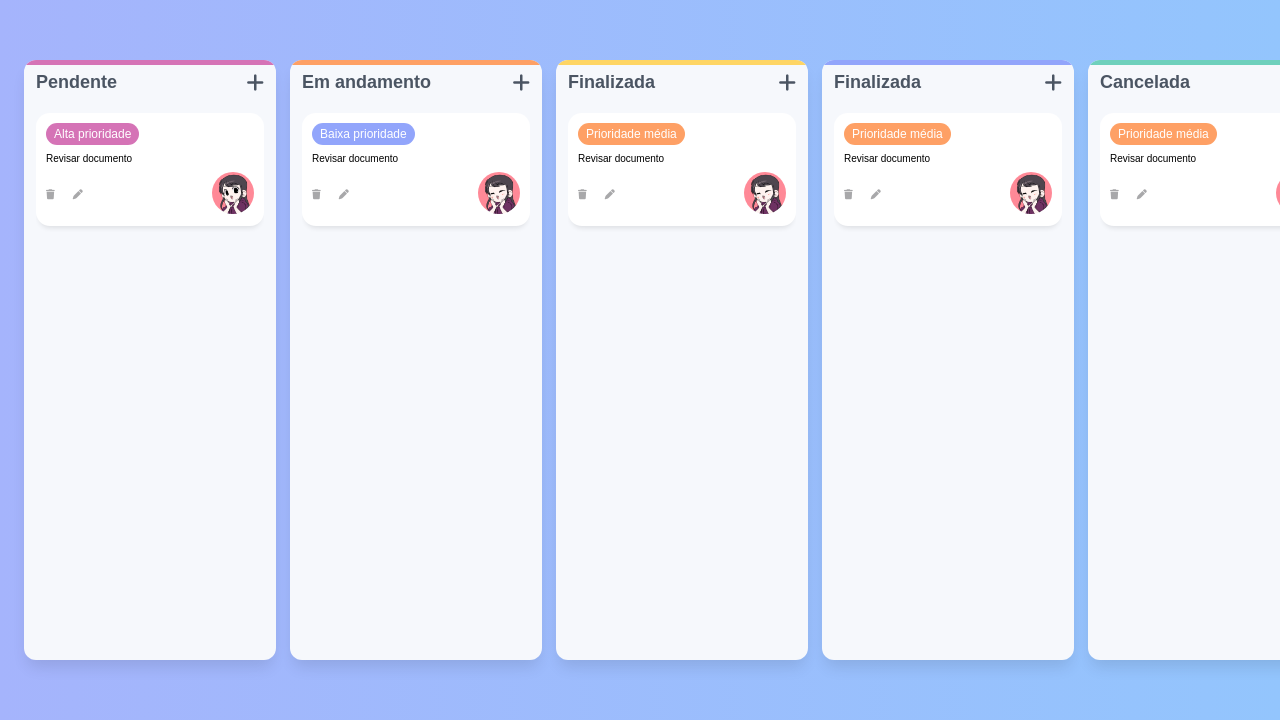
Repository: Marinalr-25/ProjetoToDoList
Page: index.html
The author's editor kept a copy of each file at every save. The page is drawn from the files as they stood at one save, then again after the next save.
The browser window is 1280 px wide. The pictures show the whole page.
Some web fonts or font styles are not loaded; a fallback is used. Some web libraries are served in a nearby version.

Above is the page before, as saved 2024-10-31 15:19:15.

### index.html
<!DOCTYPE html>
<html lang="pt-BR">
  <head>
    <meta charset="UTF-8" />
    <meta name="viewport" content="width=device-width, initial-scale=1.0" />
    <link rel="preconnect" href="https://fonts.googleapis.com" />
    <link rel="preconnect" href="https://fonts.gstatic.com" crossorigin />
    <link
      href="https://fonts.googleapis.com/css2?family=Playpen+Sans:wght@100..800&family=Roboto:ital,wght@0,100;0,300;0,400;0,500;0,700;0,900;1,100;1,300;1,400;1,500;1,700;1,900&display=swap"
      rel="stylesheet"
    />
    <link
      rel="stylesheet"
      href="https://cdnjs.cloudflare.com/ajax/libs/font-awesome/6.6.0/css/all.min.css"
      integrity="sha512-Kc323vGBEqzTmouAECnVceyQqyqdsSiqLQISBL29aUW4U/M7pSPA/gEUZQqv1cwx4OnYxTxve5UMg5GT6L4JJg=="
      crossorigin="anonymous"
      referrerpolicy="no-referrer"
    />
    <link rel="stylesheet" href="css/style.css" />
    <title>Suas tarefas</title>
  </head>
  <body>
    <main class="kanban">
      <!-- coluna 1 -->
      <div class="kanban-column" data-id="1">
        <div class="kanban-title">
          <h2>Pendente</h2>
          <button class="add-card"><i class="fa-solid fa-plus"></i></button>
        </div>
        <div class="kanban-cards">
          <div class="kanban-card" draggable="true">
            <div class="badge high">
              <span>Alta prioridade</span>
            </div>
            <p class="card-title">Revisar documento</p>
            <div class="card-infos">
              <div class="card-icons">
                <p>
                  <i class="fa-solid fa-trash"></i>
                </p>
                <p>
                  <i class="fa-solid fa-pen"></i>
                </p>
              </div>
              <div class="user">
                <img src="images/iconePerfil1.png" alt="avatar1" />
              </div>
            </div>
          </div>
        </div>
      </div>
      <!-- coluna 2 -->
      <div class="kanban-column" data-id="2">
        <div class="kanban-title">
          <h2>Em andamento</h2>
          <button class="add-card"><i class="fa-solid fa-plus"></i></button>
        </div>
        <div class="kanban-cards">
          <div class="kanban-card" draggable="true">
            <div class="badge low">
              <span>Baixa prioridade</span>
            </div>
            <p class="card-title">Revisar documento</p>
            <div class="card-infos">
              <div class="card-icons">
                <p>
                  <i class="fa-solid fa-trash"></i>
                </p>
                <p>
                  <i class="fa-solid fa-pen"></i>
                </p>
              </div>
              <div class="user">
                <img src="images/iconePerfil2.png" alt="avatar2" />
              </div>
            </div>
          </div>
        </div>
      </div>
      <!-- coluna 3 -->
      <div class="kanban-column" data-id="3">
        <div class="kanban-title">
          <h2>Finalizada</h2>
          <button class="add-card"><i class="fa-solid fa-plus"></i></button>
        </div>
        <div class="kanban-cards">
          <div class="kanban-card" draggable="true">
            <div class="badge medium">
              <span>Prioridade média</span>
            </div>
            <p class="card-title">Revisar documento</p>
            <div class="card-infos">
              <div class="card-icons">
                <p>
                  <i class="fa-solid fa-trash"></i>
                </p>
                <p>
                  <i class="fa-solid fa-pen"></i>
                </p>
              </div>
              <div class="user">
                <img src="images/iconePerfil2.png" alt="avatar2" />
              </div>
            </div>
          </div>
        </div>
      </div>
      <!-- coluna 4 -->
      <div class="kanban-column" data-id="4">
        <div class="kanban-title">
          <h2>Finalizada</h2>
          <button class="add-card"><i class="fa-solid fa-plus"></i></button>
        </div>
        <div class="kanban-cards">
          <div class="kanban-card" draggable="true">
            <div class="badge medium">
              <span>Prioridade média</span>
            </div>
            <p class="card-title">Revisar documento</p>
            <div class="card-infos">
              <div class="card-icons">
                <p>
                  <i class="fa-solid fa-trash"></i>
                </p>
                <p>
                  <i class="fa-solid fa-pen"></i>
                </p>
              </div>
              <div class="user">
                <img src="images/iconePerfil2.png" alt="avatar2" />
              </div>
            </div>
          </div>
        </div>
      </div>
      <!-- coluna 5 -->
      <div class="kanban-column" data-id="5">
        <div class="kanban-title">
          <h2>Cancelada</h2>
          <button class="add-card"><i class="fa-solid fa-plus"></i></button>
        </div>
        <div class="kanban-cards">
          <div class="kanban-card" draggable="true">
            <div class="badge medium">
              <span>Prioridade média</span>
            </div>
            <p class="card-title">Revisar documento</p>
            <div class="card-infos">
              <div class="card-icons">
                <p>
                  <i class="fa-solid fa-trash"></i>
                </p>
                <p>
                  <i class="fa-solid fa-pen"></i>
                </p>
              </div>
              <div class="user">
                <img src="images/iconePerfil2.png" alt="avatar2" />
              </div>
            </div>
          </div>
        </div>
      </div>

      <div class="adicionando">
        <label for="prioridade">Prioridade</label>
        <input type="text" name="prioridade" id="prioridade" />
      </div>
    </main>
    <script src="javascript/script.js"></script>
  </body>
</html>

### css/style.css
* {
  padding: 0;
  margin: 0;
  box-sizing: border-box;
}

*::-webkit-scrollbar {
  width: 0.8rem;
}

*::-webkit-scrollbar-track {
  background-color: #eaeffa;
  border-radius: 0.8rem;
}
*::-webkit-scrollbar-thumb {
  background-color: #b7d3fb;
  border-radius: 2rem;
}

html {
  font-size: 62.5%;
}

body {
  font-family: 'Playpen Sans', sans-serif;
  min-height: 100vh;
  display: flex;
  justify-content: center;
  align-items: center;
  background: linear-gradient(90deg, #a5b4fc, #93c5fd);
}

.kanban {
  display: flex;
  gap: 1.4rem;
  padding: 2.4rem;
  width: 100%;
  height: 90vh;
  overflow-x: auto;
}

.kanban-column {
  display: flex;
  flex-direction: column;
  gap: 1.8rem;
  height: 100%;
  overflow-y: auto;
  background-color: #f6f8fc;
  border-radius: 1.2rem;
  box-shadow: 0 1rem 1.5rem -0.3rem rgba(0, 0, 0, 0.1);
  padding: 1.2rem;
  overflow: hidden;
  min-width: 25.2rem;
  position: relative;

  &::after {
    position: absolute;
    content: '';
    top: 0;
    left: 0;
    height: 0.5rem;
    width: 100%;
  }
  &[data-id='1']::after {
    background-color: #d573b6;
  }
  &[data-id='2']::after {
    background-color: #fea065;
  }
  &[data-id='3']::after {
    background-color: #fed565;
  }
  &[data-id='4']::after {
    background-color: #92a5fb;
  }
  &[data-id='5']::after {
    background-color: #6ed0bc;
  }
}

.kanban-title {
  display: flex;
  justify-content: space-between;

  & h2 {
    font-size: 1.8rem;
    color: #4b5563;
    font-weight: 600;
  }
}

.add-card {
  color: #4b5563;
  font-size: 2rem;
  background-color: transparent;
  cursor: pointer;
  border: none;
}

.kanban-cards {
  display: flex;
  flex-direction: column;
  gap: 0.8rem;
  height: 100%;
  overflow-x: hidden;
  overflow-y: auto;
}

.kanban-card {
  display: flex;
  flex-direction: column;
  gap: 0.8rem;
  background-color: #ffffff;
  padding: 1rem;
  border-radius: 1.4rem;
  box-shadow: 0 0.5rem 0.5rem -0.3rem rgba(0, 0, 0, 0.1);
  cursor: pointer;
}

.badge {
  color: #ffffff;
  width: fit-content;
  font-size: 1.2rem;
  padding: 0.4rem 0.8rem;
  border-radius: 1.2rem;

  &.high {
    background-color: #d573b6;
  }
  &.medium {
    background-color: #fea065;
  }
  &.low {
    background-color: #92a5fb;
  }
}

.dragging {
  opacity: 0.5;
}

.card-infos {
  display: flex;
  justify-content: space-between;
  align-items: center;
}
.card-icons {
  display: flex;
  gap: 1.8rem;
  & i {
    color: #a8a8aa;
  }
}

.cards-hover {
  background-color: #eaeffa;
  border-radius: 0.8rem;
}

.user img {
  width: 4.2rem;
  height: 4.2rem;
  border-radius: 100%;
  object-fit: cover;
}

.adicionando {
  position: fixed;
  top: 50%;
  left: 50%;
  transform: translate(50%, 50%);
  width: 100rem;
  height: 100rem;
  background-color: #6ed0bc;
}

### javascript/script.js
document.addEventListener('DOMContentLoaded', function () {
  const cards = document.querySelectorAll('.kanban-card');
  const colunas = document.querySelectorAll('.kanban-cards');
  const mais = document.querySelectorAll('.fa-solid.fa-plus');
  console.log(mais);
  let dragCard = null;

  cards.forEach((card) => {
    card.addEventListener('dragstart', (e) => {
      dragCard = card;
      e.currentTarget.classList.add('dragging');
    });
    card.addEventListener('dragend', (e) => {
      e.currentTarget.classList.remove('dragging');
      dragCard = null;
    });
  });

  colunas.forEach((coluna) => {
    coluna.addEventListener('dragover', (e) => {
      e.preventDefault();
      e.currentTarget.classList.add('cards-hover');
    });
    coluna.addEventListener('dragleave', (e) => {
      e.currentTarget.classList.remove('cards-hover');
    });
    coluna.addEventListener('drop', (e) => {
      e.preventDefault();
      e.currentTarget.classList.remove('cards-hover');
      if (dragCard) {
        e.currentTarget.appendChild(dragCard);
      }
    });
  });

  mais.forEach((adicionar) => {
    adicionar.addEventListener;
  });
});

After the next save:
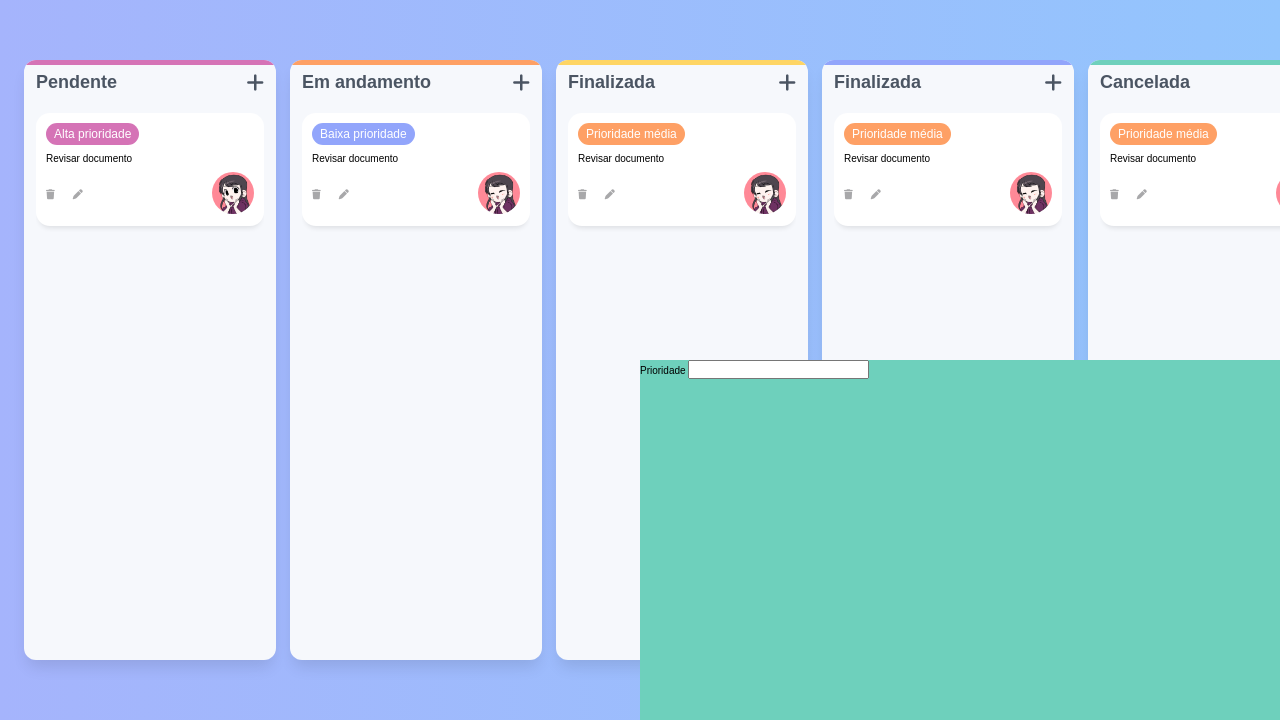
Saved 21 s later.
--- a/css/style.css
+++ b/css/style.css
@@ -168,7 +168,6 @@
   position: fixed;
   top: 50%;
   left: 50%;
-  transform: translate(50%, 50%);
   width: 100rem;
   height: 100rem;
   background-color: #6ed0bc;

After the save that followed:
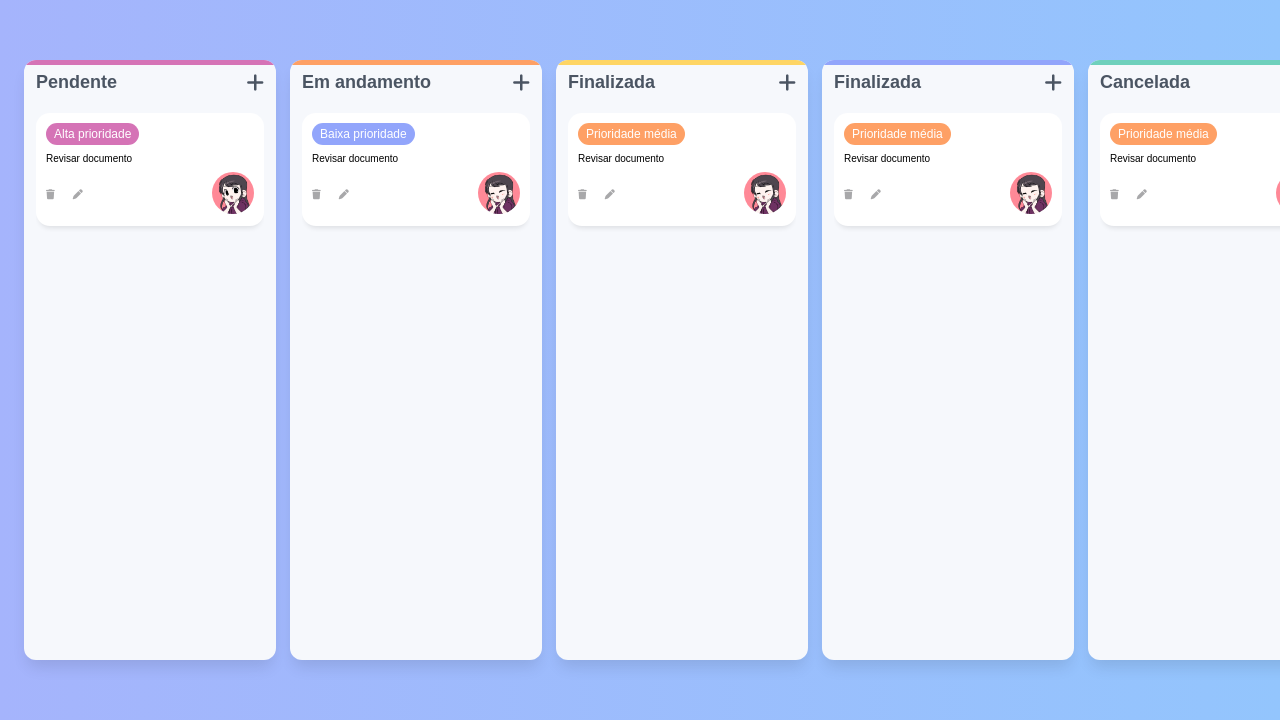
Saved 6 s later.
--- a/css/style.css
+++ b/css/style.css
@@ -168,6 +168,7 @@
   position: fixed;
   top: 50%;
   left: 50%;
+  transform: translate(-50%, 50%);
   width: 100rem;
   height: 100rem;
   background-color: #6ed0bc;
